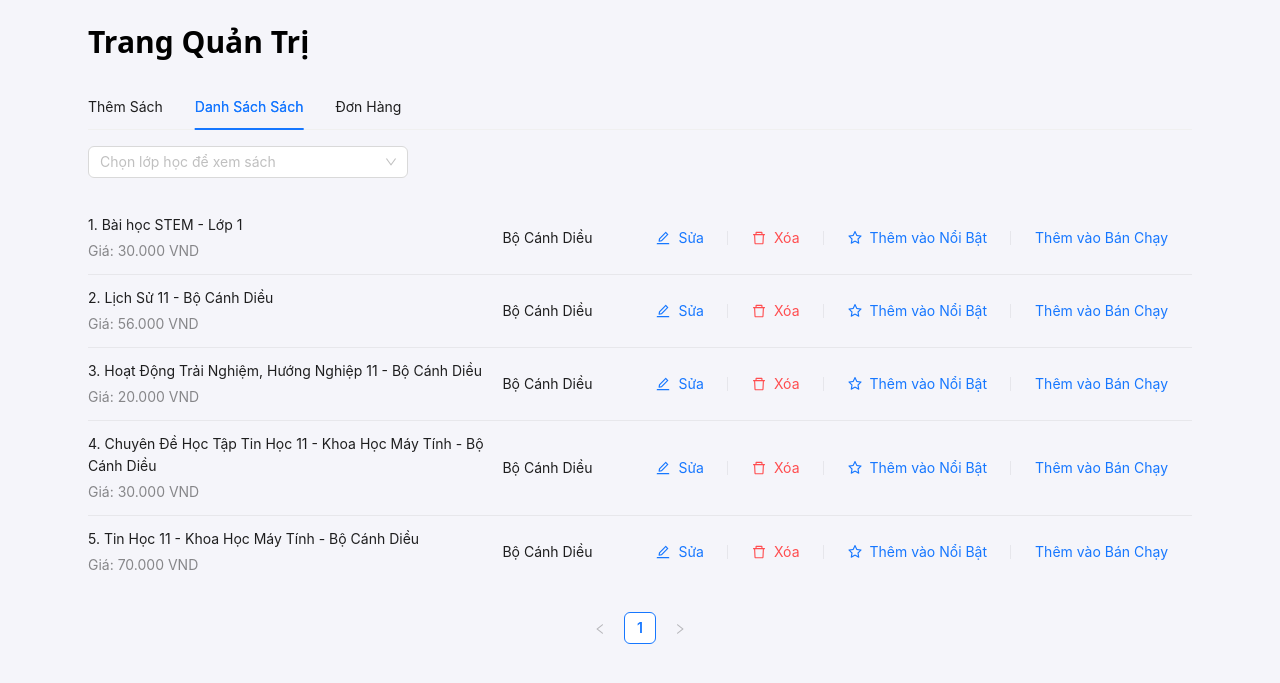
Repository: France2003/Book
Page: /Book/adminpage/admin (app in book-vite/), after clicking the first element matching `div.ant-tabs-nav-list > :nth-child(2)`
An editor plug-in stored every save of this project. The page is shown before and after the next save, followed by the edit.
The browser window is 1280 px wide. The pictures show the whole page.
The project was rebuilt for these pictures with package versions that can differ from the ones it lists, and the page was loaded fresh each time. Also part of the build but not shown: book-vite/vite.config.ts, book-vite/src/data/categories.ts, book-vite/src/components/BookCategory.tsx, book-vite/src/components/SwiperGallery.tsx, book-vite/src/components/BookList.tsx, book-vite/src/components/AdModal.tsx, book-vite/src/pages/Home.tsx, book-vite/src/components/ReviewSection.tsx and 19 more.

Above is the page before, as saved 2024-10-01 17:03:00.

### book-vite/index.html
<!doctype html>
<html lang="en">
  <head>
    <meta charset="UTF-8" />
    <link rel="icon" type="image/svg+xml" href="https://thphutan.tptdm.edu.vn/uploads/thphutan/news/2021_05/khoc.png" />
    <meta name="viewport" content="width=device-width, initial-scale=1.0" />
    <meta property = "og:title" content="SÁCH GIÁO KHOA"/>
    <meta property = "og:description" content="Tuyển tập những bộ sách giáo khoa mới nhất "/>
    <meta property ="og:image" content="https://thptvietnhat.edu.vn/img_data/images/274876897822_logo-nxb-giao-duc-vn-1.png"/>
    <title>Vite + React + TS</title>
  </head>
  <body>
    <div id="root"></div>
    <script type="module" src="/src/main.tsx"></script>
  </body>
</html>

### book-vite/src/App.tsx
import React from 'react';
import './App.css';
import { BrowserRouter, Route, Routes } from 'react-router-dom'
import { Provider } from 'react-redux';
import store from './redux/store';
import Home from './pages/Home';
import BookPage from './pages/BookPage';
import Cart from './components/Cart';
import Checkout from './pages/Checkout';
import AdminPage from './pages/AdminPage';
import OrderConfirmation from './pages/OrderConfirmationPage';
import CancelOrder from './components/CancelOrder';
import RouteSignIn from './LayoutLogin/LayoutLogin';
import Login from './pages/Login';
import RouteRegister from './LayoutRegister/LayoutRegister';
import Register from './pages/Register';
import DefaultLayout from './Layouts';
import AdminLayout from './LayoutAdmin/AdminLayout';
import FilteredBooksPage from './pages/BookCategoryPage';
import UserProfile from './pages/ProfilePage';
import FeaturedBooks from './pages/FeaturedAndPromotionalBooks';
import BestSeller from './pages/BestSeller';
import BestSellersBooks from './pages/BestSeller';

const App: React.FC = () => {
  return (
    <Provider store={store}>
      <BrowserRouter>
        <Routes>
          <Route path='/Book/login' element={<RouteSignIn />}>
            <Route path='login' element={<Login url={`login`} />} />
          </Route>
          <Route path='/Book/register' element={<RouteRegister />}>
            <Route path='register' element={<Register url={`register`} />} />
          </Route>
          <Route path="/Book/" element={<DefaultLayout />}>
            <Route index element={<Home />} />
            <Route path="/Book/books/:id" element={<BookPage />} />
            <Route path="/Book/books/grade/:grade/subject/:subject" element={<FilteredBooksPage />} />
            <Route path="/Book/cart" element={<Cart />} />
            <Route path="/Book/profile" element={<UserProfile />} />
            <Route path="/Book/checkout" element={<Checkout />} />
            <Route path="/Book/order-confirmation" element={<OrderConfirmation />} />
            <Route path="/Book/cancel-order" element={<CancelOrder />} />
            <Route path="/Book/featured" element={<FeaturedBooks/>} />
            <Route path="/Book/bestseller" element={<BestSellersBooks/>} />

          </Route>
          <Route path='/Book/adminpage' element={<AdminLayout />}>
            <Route path="/Book/adminpage/admin" element={<AdminPage />} />
          </Route>
        </Routes>
      </BrowserRouter>
    </Provider>
  );
};

export default App;

### book-vite/src/App.css

body{
    background-color: #F5F5FA;
}
footer{
    box-shadow: rgba(50, 50, 93, 0.25) -2px -4px 12px -2px, rgb(223 61 61 / 30%) 0px 3px 7px -3px;
}
.login{
    background-image: url('https://png.pngtree.com/background/20210711/original/pngtree-simple-and-stylish-reading-time-picture-image_1082922.jpg');
    background-size: cover;
}
.swiper-button-prev-custom, .swiper-button-next-custom {
    background-color: #007BFF;
    color: white;
    padding: 10px 20px;
    border-radius: 5px;
    cursor: pointer;
    position: absolute;
    top: 50%;
    z-index: 10;
    transform: translateY(-50%);
}

.swiper-button-prev-custom {
    left: 410px;
    margin-top: 65px;
}

.swiper-button-next-custom {
    right: 33px;
    margin-top: 65px;
}

.swiper-pagination-bullet {
    width: auto;
    padding: 0 9px;
    font-size: 25px;
    color: #ffffff;
    background: none !important;
    border-radius: 0 !important;
}
.haeder{
    position: sticky;
    top: 0;
    left: 0;
    width: 100%;
    background: var(--body-color);
    z-index: 100;
}
/* custom-carousel.css */
.custom-carousel .ant-carousel .slick-slide {
    padding: 0 8px; /* Điều chỉnh khoảng cách giữa các sản phẩm */
  }

  .custom-carousel .ant-carousel .slick-slide img {
    width: 50%; /* Đảm bảo hình ảnh chiếm toàn bộ chiều rộng của slide */
    height: 90px; /* Điều chỉnh chiều cao của hình ảnh */
    object-fit: cover; /* Đảm bảo hình ảnh không bị méo */
  }

  /* Style cho các nút điều hướng */
  .ant-carousel .slick-prev{
    background-color: rgba(0, 0, 0, 0.5);
    border-radius: 50%;
    width: 40px; /* Đặt chiều rộng cho nút điều hướng */
    height: 40px; /* Đặt chiều cao cho nút điều hướng */
    display: flex;
    align-items: center;
    justify-content: center;
    margin-left: -5px;
  }
  .ant-carousel .slick-next {
    background-color: rgba(0, 0, 0, 0.5);
    border-radius: 50%;
    width: 40px; /* Đặt chiều rộng cho nút điều hướng */
    height: 40px; /* Đặt chiều cao cho nút điều hướng */
    display: flex;
    align-items: center;
    justify-content: center;
   margin-right: -10px;
  }

  .ant-carousel .slick-prev::before,
  .ant-carousel .slick-next:before {
    color: #fff;
  }
  .slick-next::after{
    margin-top: 12px;
    margin-left: 9px;
  }
  .slick-prev::after{
    margin-top: 12px;
    margin-left: 14px;
  }

### book-vite/src/redux/store.ts
import { configureStore } from '@reduxjs/toolkit';
import cartReducer from './cartSlice';
import bookReducer from './bookSlice';
import ordersReducer from '../redux/ordersSlice';

const store = configureStore({
  reducer: {
    cart: cartReducer,
    books: bookReducer,
    orders: ordersReducer,
  }
});

export type RootState = ReturnType<typeof store.getState>;
export type AppDispatch = typeof store.dispatch;

export default store;

### book-vite/src/LayoutAdmin/AdminLayout.tsx
import AdminPage from "../pages/AdminPage";

const AdminLayout = () => {
    console.log("RouteSignIn");
  return (
    <div>
        <div className='container mx-auto'>
            <AdminPage/>
        </div>
    </div>
  )
}

export default AdminLayout

### book-vite/src/redux/cartSlice.ts
import { createSlice, PayloadAction } from '@reduxjs/toolkit';
import { Book } from '../types';
interface CartItem extends Book {
  quantity: number;
}

interface CartState {
  items: CartItem[];
}

// Khôi phục trạng thái giỏ hàng từ localStorage
const loadCartFromLocalStorage = (): CartItem[] => {
  try {
    const storedCart = localStorage.getItem('cart');
    return storedCart ? JSON.parse(storedCart) : [];
  } catch (error) {
    console.error('Lỗi khi khôi phục giỏ hàng từ localStorage:', error);
    return [];
  }
};

// Lưu trạng thái giỏ hàng vào localStorage
const saveCartToLocalStorage = (cartItems: CartItem[]) => {
  try {
    localStorage.setItem('cart', JSON.stringify(cartItems));
  } catch (error) {
    console.error('Lỗi khi lưu giỏ hàng vào localStorage:', error);
  }
};

// Khởi tạo trạng thái với dữ liệu từ localStorage
const initialState: CartState = {
  items: loadCartFromLocalStorage(),
};

const cartSlice = createSlice({
  name: 'cart',
  initialState,
  reducers: {
    addToCart(state, action: PayloadAction<Book>) {
      const existingItem = state.items.find(item => item.id === action.payload.id);
      if (existingItem) {
        existingItem.quantity += 1;
      } else {
        state.items.push({ ...action.payload, quantity: 1 });
      }
      saveCartToLocalStorage(state.items); // Lưu lại vào localStorage
    },
    removeFromCart(state, action: PayloadAction<number>) {
      state.items = state.items.filter(item => item.id !== action.payload);
      saveCartToLocalStorage(state.items); // Lưu lại vào localStorage
    },
    increaseQuantity(state, action: PayloadAction<number>) {
      const item = state.items.find(item => item.id === action.payload);
      if (item) {
        item.quantity += 1;
        saveCartToLocalStorage(state.items); // Lưu lại vào localStorage
      }
    },
    decreaseQuantity(state, action: PayloadAction<number>) {
      const item = state.items.find(item => item.id === action.payload);
      if (item && item.quantity > 1) {
        item.quantity -= 1;
        saveCartToLocalStorage(state.items); // Lưu lại vào localStorage
      }
    },
    clearCart(state) {
      state.items = [];
      saveCartToLocalStorage(state.items);
    }
  }
});

export const { addToCart, removeFromCart, increaseQuantity, decreaseQuantity, clearCart } = cartSlice.actions;
export default cartSlice.reducer;

### book-vite/src/redux/ordersSlice.ts
import { createSlice, PayloadAction } from '@reduxjs/toolkit';
import { Order } from '../types';

interface OrdersState {
  orders: Order[];
}

const saveOrdersToLocalStorage = (orders: Order[]) => {
  try {
    localStorage.setItem('orders', JSON.stringify(orders));
  } catch (e) {
    console.warn('Không thể lưu vào localStorage', e);
  }
};

const loadOrdersFromLocalStorage = (): Order[] => {
  try {
    const storedOrders = localStorage.getItem('orders');
    return storedOrders ? JSON.parse(storedOrders) : [];
  } catch (e) {
    console.warn('Không thể lấy từ localStorage', e);
    return [];
  }
};
const initialState: OrdersState = {
  orders: loadOrdersFromLocalStorage(),
};

const ordersSlice = createSlice({
  name: 'orders',
  initialState,
  reducers: {
    addOrder: (state, action: PayloadAction<Order>) => {
      state.orders.push(action.payload);
      saveOrdersToLocalStorage(state.orders);
    },
  },
});

export const { addOrder } = ordersSlice.actions;
export default ordersSlice.reducer; // Đây là ordersReducer khi import ở nơi khác

### book-vite/src/components/AddBookForm.tsx
import React, { useState, useEffect } from 'react';
import { Form, Input, Button, Select, Checkbox, notification } from 'antd';
import { Book } from '../types';

const { Option } = Select;

interface AddBookFormProps {
  onAddBook: (grade: string, book: Book) => void;
  onUpdateBook?: (book: Book) => void;
  editingBook?: Book | null;
  setEditingBook?: (book: Book | null) => void;
}

const AddBookForm: React.FC<AddBookFormProps> = ({
  onAddBook,
  onUpdateBook,
  editingBook,
  setEditingBook
}) => {
  const [form] = Form.useForm();
  const [grade, setGrade] = useState<string>('');
  const [category, setCategory] = useState<string>('');
  const [isBestSeller, setIsBestSeller] = useState<boolean>(false);
  const [isFeatured, setIsFeatured] = useState<boolean>(false);

  const categories = ['Bộ Cánh Diều', 'Bộ Chân Trời', 'Bộ Kết Nối', 'Bộ Bình Đẳng', 'Bộ Cùng Học'];

  useEffect(() => {
    if (editingBook) {
      form.setFieldsValue(editingBook);
      setGrade(editingBook.grade || '');
      setCategory(editingBook.category || '');
      setIsBestSeller(editingBook.isBestSeller || false); // Cập nhật trạng thái Bán chạy
      setIsFeatured(editingBook.isFeatured || false);     // Cập nhật trạng thái Nổi bật
    }
  }, [editingBook, form]);

  const handleFinish = (values: any) => {
    const book: Book = {
      ...values,
      id: editingBook?.id || Date.now(),
      grade,
      category,
      isBestSeller, // Thêm trạng thái Bán chạy vào book
      isFeatured,   // Thêm trạng thái Nổi bật vào book
    };

    if (editingBook) {
      onUpdateBook && onUpdateBook(book);
      notification.success({ message: 'Cập nhật sách thành công!' });
      setEditingBook && setEditingBook(null);
    } else {
      onAddBook(grade, book);
      notification.success({ message: 'Thêm sách thành công!' });
    }

    form.resetFields();
    setGrade('');
    setCategory('');
    setIsBestSeller(false); // Đặt lại trạng thái Bán chạy
    setIsFeatured(false);   // Đặt lại trạng thái Nổi bật
  };

  return (
    <Form form={form} layout="vertical" onFinish={handleFinish}>
      <Form.Item
        name="title"
        label="Tiêu đề"
        rules={[{ required: true, message: 'Vui lòng nhập tiêu đề sách!' }]}
      >
        <Input />
      </Form.Item>
      <Form.Item
        name="author"
        label="Tác giả"
        rules={[{ required: true, message: 'Vui lòng nhập tác giả!' }]}
      >
        <Input />
      </Form.Item>
      <Form.Item
        name="productcode"
        label="Mã sản phẩm"
        rules={[{ required: true, message: 'Vui lòng nhập mã sản phẩm!' }]}
      >
        <Input />
      </Form.Item>
      <Form.Item
        name="price"
        label="Giá"
        rules={[{ required: true, message: 'Vui lòng nhập giá!' }]}
      >
        <Input type="number" />
      </Form.Item>
      <Form.Item name="description" label="Mô tả">
        <Input.TextArea />
      </Form.Item>
      <Form.Item name="image" label="Ảnh">
        <Input />
      </Form.Item>
      <Form.Item
        label="Lớp học"
        rules={[{ required: true, message: 'Vui lòng chọn lớp học!' }]}
        required
      >
        <Select
          value={grade}
          onChange={(value: string) => setGrade(value)}
          placeholder="Chọn lớp học"
          style={{ width: '100%' }}
        >
          {[...Array(12).keys()].map(num => (
            <Option key={num + 1} value={(num + 1).toString()}>
              Lớp {num + 1}
            </Option>
          ))}
        </Select>
      </Form.Item>
      <Form.Item
        label="Thể loại"
        rules={[{ required: true, message: 'Vui lòng chọn thể loại!' }]}
        required
      >
        <Select
          value={category}
          onChange={(value: string) => setCategory(value)}
          placeholder="Chọn thể loại"
          style={{ width: '100%' }}
        >
          {categories.map((cat) => (
            <Option key={cat} value={cat}>
              {cat}
            </Option>
          ))}
        </Select>
      </Form.Item>

      {/* Checkbox cho sản phẩm bán chạy */}
      <Form.Item>
        <Checkbox
          checked={isBestSeller}
          onChange={(e) => setIsBestSeller(e.target.checked)}
        >
          Sản phẩm khuyến mãi
        </Checkbox>
      </Form.Item>

      {/* Checkbox cho sản phẩm nổi bật */}
      <Form.Item>
        <Checkbox
          checked={isFeatured}
          onChange={(e) => setIsFeatured(e.target.checked)}
        >
          Sản phẩm nổi bật
        </Checkbox>
      </Form.Item>

      <Form.Item>
        <Button type="primary" htmlType="submit">
          {editingBook ? 'Cập nhật sách' : 'Thêm sách'}
        </Button>
      </Form.Item>
    </Form>
  );
};

export default AddBookForm;

### book-vite/src/components/EditBookModal.tsx
import React from 'react';
import { Modal, Form, Input, Button, Select, Checkbox } from 'antd';
import { Book } from '../types';

const { Option } = Select;

interface EditBookModalProps {
  visible: boolean;
  book: Book | null;
  onSave: (book: Book) => void;
  onCancel: () => void;
}

const EditBookModal: React.FC<EditBookModalProps> = ({ visible, book, onSave, onCancel }) => {
  const [form] = Form.useForm();
  const [grade, setGrade] = React.useState<string>('');
  const [category, setCategory] = React.useState<string>('');
  const [isFeatured, setIsFeatured] = React.useState<boolean>(false);
  const [isOnPromotion, setIsOnPromotion] = React.useState<boolean>(false);

  const categories = ['Bộ Cánh Diều', 'Bộ Chân Trời', 'Bộ Kết Nối', 'Bộ Bình Đẳng', 'Bộ Cùng Học'];

  React.useEffect(() => {
    if (book) {
      form.setFieldsValue(book);
      setGrade(book.grade || '');
      setCategory(book.category || '');
      setIsFeatured(!!book.isFeatured); // Chuyển đổi thành boolean
      setIsOnPromotion(!!book.isBestSeller); // Chuyển đổi thành boolean
    }
  }, [book, form]);

  const handleFinish = (values: any) => {
    const updatedBook: Book = {
      ...values,
      id: book?.id || Date.now(),
      grade,
      category,
      isFeatured,
      isOnPromotion,
    };
    onSave(updatedBook);
  };

  return (
    <Modal
      title="Sửa Sách"
      visible={visible}
      onCancel={onCancel}
      footer={null}
      destroyOnClose
    >
      <Form form={form} layout="vertical" onFinish={handleFinish}>
        <Form.Item name="title" label="Tiêu đề" rules={[{ required: true, message: 'Vui lòng nhập tiêu đề sách!' }]}>
          <Input />
        </Form.Item>
        <Form.Item name="author" label="Tác giả" rules={[{ required: true, message: 'Vui lòng nhập tác giả!' }]}>
          <Input />
        </Form.Item>
        <Form.Item name="productcode" label="Mã sản phẩm" rules={[{ required: true, message: 'Vui lòng nhập mã sản phẩm!' }]}>
          <Input />
        </Form.Item>
        <Form.Item name="price" label="Giá" rules={[{ required: true, message: 'Vui lòng nhập giá!' }]}>
          <Input type="number" />
        </Form.Item>
        <Form.Item name="description" label="Mô tả">
          <Input.TextArea />
        </Form.Item>
        <Form.Item name="image" label="Ảnh">
          <Input />
        </Form.Item>
        <Form.Item label="Lớp học" required>
          <Select
            value={grade}
            onChange={setGrade}
            placeholder="Chọn lớp học"
            style={{ width: '100%' }}
          >
            {[...Array(12).keys()].map(num => (
              <Option key={num + 1} value={(num + 1).toString()}>
                Lớp {num + 1}
              </Option>
            ))}
          </Select>
        </Form.Item>
        <Form.Item label="Thể loại" required>
          <Select
            value={category}
            onChange={setCategory}
            placeholder="Chọn thể loại"
            style={{ width: '100%' }}
          >
            {categories.map(cat => (
              <Option key={cat} value={cat}>
                {cat}
              </Option>
            ))}
          </Select>
        </Form.Item>
        <Form.Item>
          <Checkbox
            checked={isFeatured}
            onChange={(e) => setIsFeatured(e.target.checked)}
          >
            Sản phẩm nổi bật
          </Checkbox>
        </Form.Item>
        <Form.Item>
          <Checkbox
            checked={isOnPromotion}
            onChange={(e) => setIsOnPromotion(e.target.checked)}
          >
            Sản phẩm bán chạy
          </Checkbox>
        </Form.Item>
        <Form.Item>
          <Button type="primary" htmlType="submit">
            Lưu
          </Button>
        </Form.Item>
      </Form>
    </Modal>
  );
};

export default EditBookModal;

### book-vite/src/components/BookListAdmin.tsx
import React, { useState } from 'react';
import { Book } from '../types';
import { List, Button, Popconfirm, Pagination } from 'antd';
import { EditOutlined, DeleteOutlined, StarOutlined, StarFilled } from '@ant-design/icons';

interface BookListProps {
  books: Book[];
  onEdit: (book: Book) => void;
  onDelete: (bookId: number) => void;
  onAddFeatured: (book: Book) => void; // Thêm prop
  onRemoveFeatured: (bookId: number) => void; // Thêm prop
  onAddBestSeller: (book: Book) => void; // Thêm prop
  onRemoveBestSeller: (bookId: number) => void; // Thêm prop
}

const BookListAdmin: React.FC<BookListProps> = ({
  books,
  onEdit,
  onDelete,
  onAddFeatured,
  onRemoveFeatured,
  onAddBestSeller,
  onRemoveBestSeller,
}) => {
  const [currentPage, setCurrentPage] = useState<number>(1);
  const pageSize = 15; // Số sản phẩm mỗi trang

  const handlePageChange = (page: number) => {
    setCurrentPage(page);
  };

  // Tính toán các sản phẩm hiển thị trên trang hiện tại
  const currentBooks = books.slice((currentPage - 1) * pageSize, currentPage * pageSize);

  return (
    <div>
      {books.length === 0 ? (
        <p>Không có sách nào để hiển thị</p>
      ) : (
        <>
          <List
            dataSource={currentBooks}
            renderItem={(book, index) => (
              <List.Item
                actions={[
                  <Button
                    key="edit"
                    type="link"
                    icon={<EditOutlined />}
                    onClick={() => onEdit(book)}
                  >
                    Sửa
                  </Button>,
                  <Popconfirm
                    title="Bạn có chắc chắn muốn xóa sách này?"
                    onConfirm={() => onDelete(book.id)}
                    okText="Có"
                    cancelText="Không"
                  >
                    <Button
                      key="delete"
                      type="link"
                      icon={<DeleteOutlined />}
                      danger
                    >
                      Xóa
                    </Button>
                  </Popconfirm>,
                  book.isFeatured ? (
                    <Button
                      key="removeFeatured"
                      type="link"
                      icon={<StarFilled />}
                      onClick={() => onRemoveFeatured(book.id)}
                    >
                      Xóa khỏi Nổi Bật
                    </Button>
                  ) : (
                    <Button
                      key="addFeatured"
                      type="link"
                      icon={<StarOutlined />}
                      onClick={() => onAddFeatured(book)}
                    >
                      Thêm vào Nổi Bật
                    </Button>
                  ),
                  book.isBestSeller ? (
                    <Button
                      key="removeBestSeller"
                      type="link"
                      onClick={() => onRemoveBestSeller(book.id)}
                    >
                      Xóa khỏi Bán Chạy
                    </Button>
                  ) : (
                    <Button
                      key="addBestSeller"
                      type="link"
                      onClick={() => onAddBestSeller(book)}
                    >
                      Thêm vào Bán Chạy
                    </Button>
                  ),
                ]}
              >
                <List.Item.Meta
                  title={`${(currentPage - 1) * pageSize + index + 1}. ${book.title}`}
                  description={`Giá: ${book.price} VND`}
                />
                <p>{book.category}</p>
              </List.Item>
            )}
          />
          <div className="mt-6 flex justify-center">
            <Pagination
              current={currentPage}
              pageSize={pageSize}
              total={books.length}
              onChange={handlePageChange}
              showSizeChanger={false}
            />
          </div>
        </>
      )}
    </div>
  );

};

export default BookListAdmin;

Loaded but not shown: book-vite/src/main.tsx (common file); book-vite/src/index.css (common file); book-vite/tailwind.config.js (common file); book-vite/src/redux/bookSlice.ts (142 lines, source omitted); book-vite/src/pages/AdminPage.tsx (142 lines, source omitted)

After the next save:
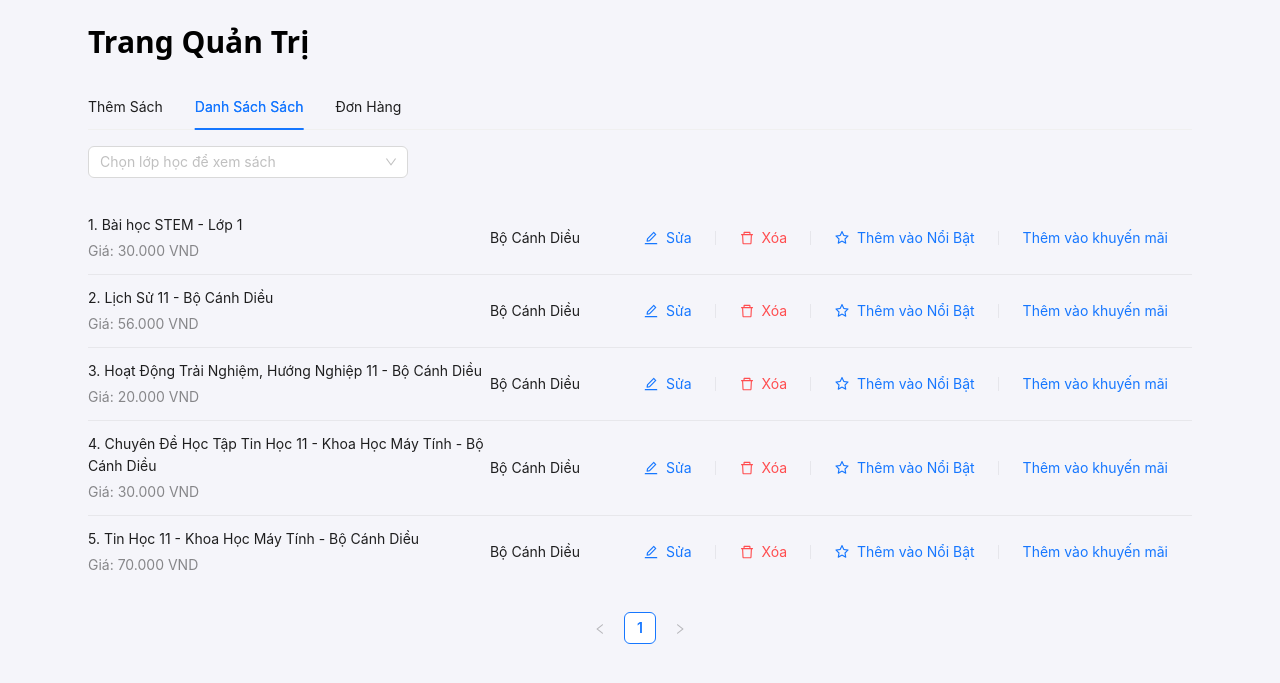
Saved 29 s later.
--- a/book-vite/src/components/BookListAdmin.tsx
+++ b/book-vite/src/components/BookListAdmin.tsx
@@ -99,7 +99,7 @@ const BookListAdmin: React.FC<BookListProps> = ({
                       type="link"
                       onClick={() => onAddBestSeller(book)}
                     >
-                      Thêm vào Bán Chạy
+                      Thêm vào khuyến mãi
                     </Button>
                   ),
                 ]}
